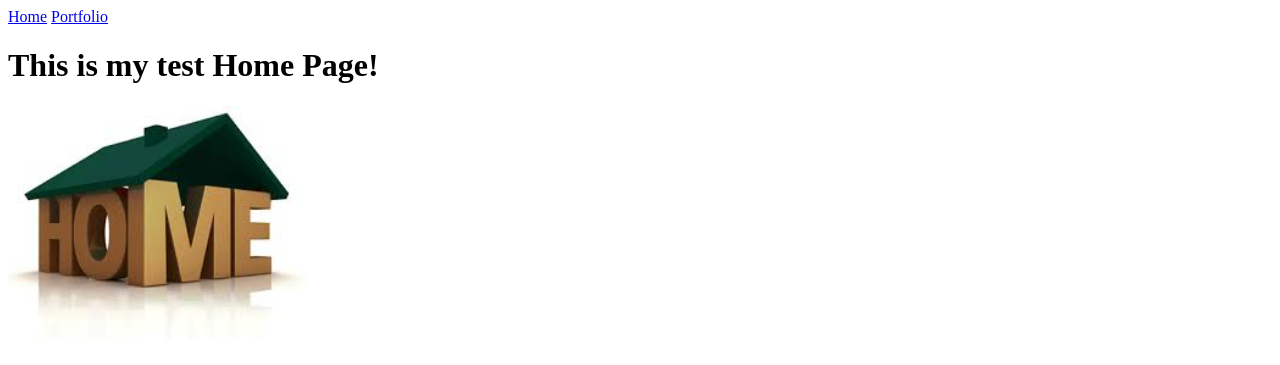
Repository: Smeef14/Smeef14.github.io
Page: my_website/index.html
The author's editor kept a record of every edit. The page is drawn from the files as they stood at one moment, then again after the next edit.
The browser window is 1280 px wide. The pictures show the whole page.

Above is the page before.

### my_website/index.html
<!doctype html>
<html lang="en">
  <head>
    <meta charset="utf-8">
    <title>Home</title>
  </head>
  <body>
    <a href="index.html">Home</a>
    <a href="portfolio.html">Portfolio</a>
    <h1>This is my test Home Page!</h1>
    <img src="images/home.jpg" height="250">
  </body>
</html>

After the next edit:
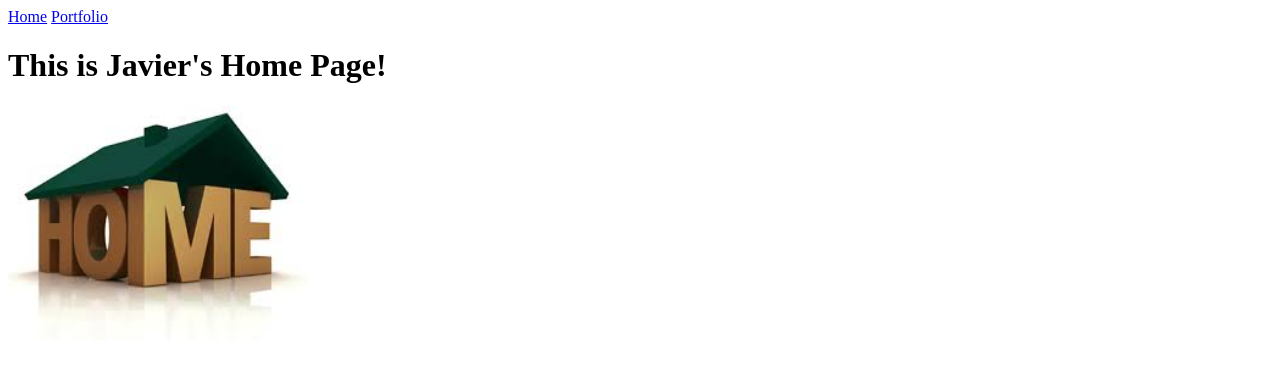
The edit:
--- a/my_website/index.html
+++ b/my_website/index.html
@@ -7,7 +7,7 @@
   <body>
     <a href="index.html">Home</a>
     <a href="portfolio.html">Portfolio</a>
-    <h1>This is my test Home Page!</h1>
+    <h1>This is Javier's Home Page!</h1>
     <img src="images/home.jpg" height="250">
   </body>
 </html>
